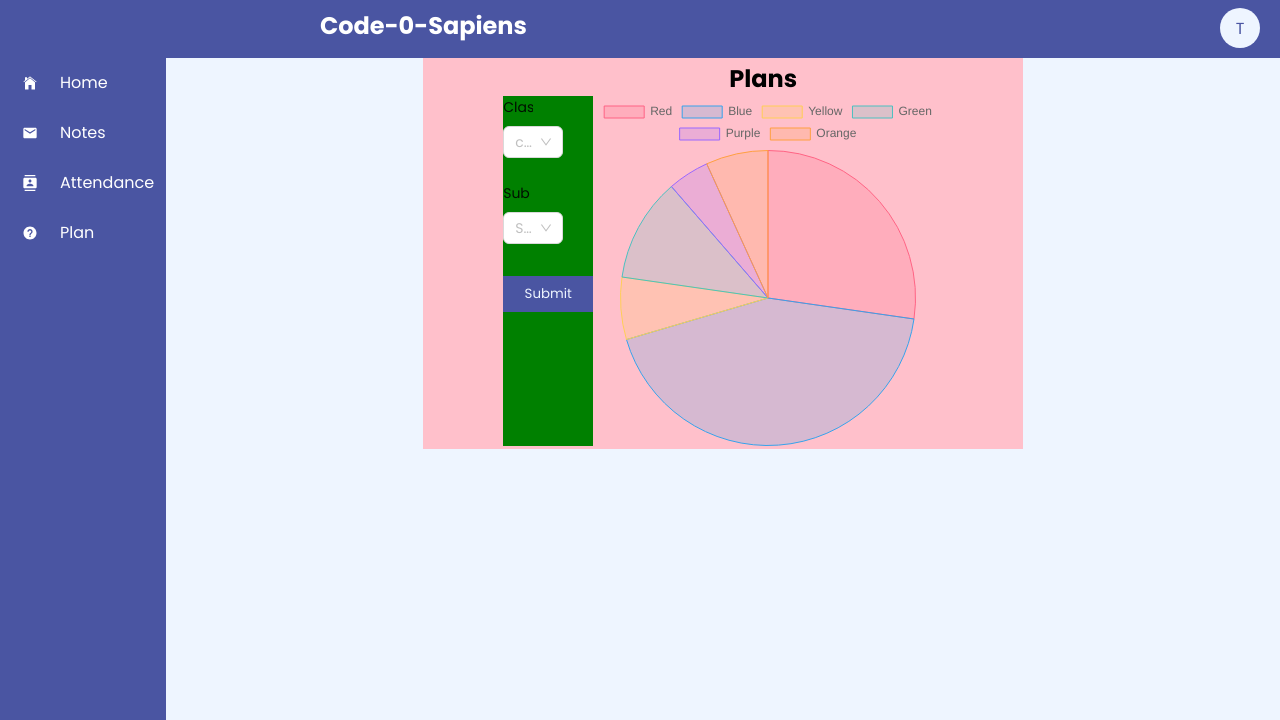
Repository: sinchana-P/code-0-sapiens
Page: /plans (app in client/)
An editor plug-in stored every save of this project. The page is shown before and after a run of saves, followed by the edit.
The browser window is 1280 px wide. The pictures show the whole page.
The project was rebuilt for these pictures with package versions that can differ from the ones it lists, and the page was loaded fresh each time. Also part of the build but not shown: client/src/components/auth/login/FormLayoutLogin.jsx, client/src/components/auth/login/Login.jsx, client/src/components/auth/register/FormLayoutRegister.jsx, client/src/components/auth/register/Register.jsx, client/src/components/homeScene/Home.jsx, client/src/components/notes/Notes.jsx, client/src/components/attendance/Attendance.jsx, client/src/components/profile/Profile.jsx and 5 more.

Above is the page before, as saved 2024-03-01 07:39:32.

### client/public/index.html
<!DOCTYPE html>
<html lang="en">
  <head>
    <meta charset="utf-8" />
    <link rel="icon" href="%PUBLIC_URL%/favicon.ico" />
    <meta name="viewport" content="width=device-width, initial-scale=1" />
    <meta name="theme-color" content="#000000" />
    <meta
      name="description"
      content="Web site created using create-react-app"
    />
    <link rel="apple-touch-icon" href="%PUBLIC_URL%/logo192.png" />
    <!--
      manifest.json provides metadata used when your web app is installed on a
      user's mobile device or desktop. See https://developers.google.com/web/fundamentals/web-app-manifest/
    -->
    <link rel="manifest" href="%PUBLIC_URL%/manifest.json" />
    <!--
      Notice the use of %PUBLIC_URL% in the tags above.
      It will be replaced with the URL of the `public` folder during the build.
      Only files inside the `public` folder can be referenced from the HTML.

      Unlike "/favicon.ico" or "favicon.ico", "%PUBLIC_URL%/favicon.ico" will
      work correctly both with client-side routing and a non-root public URL.
      Learn how to configure a non-root public URL by running `npm run build`.
    -->
    <link rel="preconnect" href="https://fonts.googleapis.com">
<link rel="preconnect" href="https://fonts.gstatic.com" crossorigin>
<link href="https://fonts.googleapis.com/css2?family=Poppins:ital,wght@0,100;0,200;0,300;0,400;0,500;0,600;0,700;0,800;0,900;1,100;1,200;1,300;1,400;1,500;1,600;1,700;1,800;1,900&display=swap" rel="stylesheet">
    <title>Code-0-Sapiens</title>
  </head>
  <body>
    <noscript>You need to enable JavaScript to run this app.</noscript>
    <div id="root"></div>
    <!--
      This HTML file is a template.
      If you open it directly in the browser, you will see an empty page.

      You can add webfonts, meta tags, or analytics to this file.
      The build step will place the bundled scripts into the <body> tag.

      To begin the development, run `npm start` or `yarn start`.
      To create a production bundle, use `npm run build` or `yarn build`.
    -->
  </body>
</html>

### client/src/index.js
import React from 'react';
import ReactDOM from 'react-dom/client';
import './index.css';
import App from './App';
import reportWebVitals from './reportWebVitals';
import { BrowserRouter } from 'react-router-dom'
import { apiSlice } from './api/apiSlice';
import {ApiProvider} from '@reduxjs/toolkit/query/react'

const root = ReactDOM.createRoot(document.getElementById('root'));
root.render(
  <BrowserRouter>
    <React.StrictMode>
      <ApiProvider api={apiSlice}>
        <App />
      </ApiProvider>
    </React.StrictMode>
  </BrowserRouter>,
);

// If you want to start measuring performance in your app, pass a function
// to log results (for example: reportWebVitals(console.log))
// or send to an analytics endpoint. Learn more: https://bit.ly/CRA-vitals
reportWebVitals();

### client/src/App.jsx

import './App.css';
import { useState } from 'react';
import { Routes, Route } from 'react-router-dom'
import Login from './components/auth/login/Login'
import Register from './components/auth/register/Register';
import Topbar from './components/global/topbar/Topbar';
import Sidebar from './components/global/sidebar/Sidebar';
import Home from './components/homeScene/Home';
import Notes from './components/notes/Notes';
import Plans from './components/plans/Plans';
import Attendance from './components/attendance/Attendance';
import Profile from './components/profile/Profile';
import StudentSidebar from './components/global/sidebar/StudentSidebar';
import StdHome from './components/stdHome/StdHome';
import StdAttendance from './components/stdAttendance/StdAttendance'
import StdNotes from './components/stdNotes/StdNotes';
import StdDoubts from './components/stdDoubts/StdDoubts';

function App() {
  const [userRole, setUserRole] = useState('Teacher')

  return (
    <div className="App">
      <div className='app-container'>

      <Topbar userRole={userRole}/>

        <div className='main-content'>
          <div className='left-content-container'>

          {
            userRole === 'Teacher' ? (<Sidebar /> ) : (<StudentSidebar /> )
          }

          </div>
          <div className='right-content-container'>
            <Routes>
              <Route path='/login' element={ <Login/> } />
              <Route path='/register' element={ <Register/> } />
              <Route path='/home' element={ <Home/> } />
              <Route path='/notes' element={ <Notes/> } />
              <Route path='/attendance' element={ <Attendance/> } />
              <Route path='/plans' element={ <Plans/> } />
              {/* <Route path='/profile' element={ <Profile/> } /> */}
              <Route path='/student' element={ <StdHome/> } />
              <Route path='/student/attendance' element={ <StdAttendance/> } />
              <Route path='/student/attendance' element={ <StdNotes/> } />
              <Route path='/student/attendance' element={ <StdDoubts/> } />
            </Routes>
          </div>
        </div>
      </div>

    </div>
  );
}

export default App;

### client/src/api/apiSlice.js
import {createApi,fetchBaseQuery} from '@reduxjs/toolkit/query/react'


export const apiSlice = createApi({
       reducerPath:"api",
       baseQuery:fetchBaseQuery({baseUrl:""}),
       tagTypes:['auth', 'student'],
       endpoints:(builder)=>({
        register: builder.mutation({
            query: (data) => ({
                url: '/register',
                method: "POST",
                body: data
            }),
            invalidatesTags:['auth']
        }),
        login: builder.mutation({
            query: (data) => ({
                url: '/login',
                method: "POST",
                body: data
            }),
            invalidatesTags:['auth']
        }),
            //   getTodos:builder.query({
            //          query:()=>'/auth',
            //          transformResponse: (res: Todo[]) =>  {
            //                 // Ensure res is an array before sorting
            //                 console.log(res);

            //                 if (Array.isArray(res)) {
            //                     return res.sort((a, b) => b.id - a.id);
            //                 } else {
            //                     return res;
            //                 }
            //             },

            //          providesTags:['todos']
            //   }),
            //   addTodo:builder.mutation({
            //          query:(todo)=>({
            //                 url:'/todos',
            //                 method:"POST",
            //                 body:todo
            //          }),
            //          invalidatesTags:['todos']
            //   }),
            //   updateTodo:builder.mutation({
            //          query:(todo)=>({
            //                 url:/todos/${todo.id},
            //                 method:'PATCH',
            //                 body:todo
            //          }),
            //          invalidatesTags:['todos']
            //   }),
            //   deleteTodo:builder.mutation({
            //          query:(id)=>({

            //                 url:/todos/${id},
            //                 method:'DELETE',
            //                 body:id
            //          }),
            //          invalidatesTags:['todos']
            //   })

       })
})

export const { useRegisterMutation,useLoginMutation } = apiSlice

### client/src/App.css
@import url('https://fonts.googleapis.com/css2?family=Poppins:ital,wght@0,100;0,200;0,300;0,400;0,500;0,600;0,700;0,800;0,900;1,100;1,200;1,300;1,400;1,500;1,600;1,700;1,800;1,900&display=swap');

* {
  font-family: "Poppins", sans-serif;
}

/* --- */
.full-width-container {
  width: 100%;
  display: flex;
  justify-content: center;
  align-items: center;
}
/* --- */

.right-content-container {
  background-color: #EEF5FF;
  display: flex;
  align-items: start;
  justify-content: center;
}

.app-container {
  display: flex;
  flex-direction: column;
}

.main-content {
  display: flex;
  flex-direction: row;
}

.left-content-container {
  width: 13vw;
}

.right-content-container {
  width: 87vw;

}

### client/src/components/global/topbar/Topbar.jsx
import React, {useState} from 'react'
import './Topbar.css'

const Topbar = ({userRole}) => {
  // const [userRole, setUserRole] = useState('Teacher')

  return (
    <div className='topbar-container'>
        <h2 style={{textAlign: 'left'}} className='logo-text'>Code-0-Sapiens</h2>

        <div className='profile-div'>
          {userRole === 'Teacher' ? 'T' : (userRole === 'Student' ? 'S' : '')}
        </div>
    </div>
  )
}

export default Topbar

### client/src/components/global/sidebar/Sidebar.jsx
import './Sidebar.css'
import { SidebarData } from './SidebarData';
import { Link, NavLink } from 'react-router-dom';


const Sidebar=()=> {
  return (
    <div className='sidebar'>
       <ul className='sidebarList'>
        {
        SidebarData.map((value,key)=>{
            return (
              <NavLink to={value.route} key={key} className='row' >
                <div id='icon'>{value.icon}</div>
                <div id='title'>{value.title}</div>
              </NavLink>
            )
        })
        }
       </ul>
    </div>
  )
}

export default Sidebar

### client/src/components/plans/Plans.jsx
import React, {useState} from 'react';
import { Form, Select, Checkbox } from 'antd';
import './Plans.css'
import { Chart as ChartJS, ArcElement, Tooltip, Legend } from 'chart.js';
import { Pie } from 'react-chartjs-2';


const SidebarData = [
  {
    cls_id: '8',
    sub_id: '1',
    mod_id: 'Module 1',
    chp_id: 'Chapter 1',
    completed: true
  },
  {
    cls_id: '8',
    sub_id: '1',
    mod_id: 'Module 1',
    chp_id: 'Chapter 2',
    completed: false
  },
  {
    cls_id: '8',
    sub_id: '1',
    mod_id: 'Module 1',
    chp_id: 'Chapter 3',
    completed: true
  },
  {
    cls_id: '8',
    sub_id: '1',
    mod_id: 'Module 1',
    chp_id: 'Chapter 4',
    completed: false
  },
  {
    cls_id: '8',
    sub_id: '1',
    mod_id: 'Module 1',
    chp_id: 'Chapter 5',
    completed: true
  },
  {
    cls_id: '8',
    sub_id: '1',
    mod_id: 'Module 2',
    chp_id: 'Chapter 1',
    completed: false
  },
  {
    cls_id: '8',
    sub_id: '1',
    mod_id: 'Module 2',
    chp_id: 'Chapter 2',
    completed: true
  },
  {
    cls_id: '8',
    sub_id: '1',
    mod_id: 'Module 2',
    chp_id: 'Chapter 3',
    completed: true
  },
  {
    cls_id: '8',
    sub_id: '1',
    mod_id: 'Module 2',
    chp_id: 'Chapter 4',
    completed: true
  },
  {
    cls_id: '8',
    sub_id: '1',
    mod_id: 'Module 2',
    chp_id: 'Chapter 5',
    completed: true
  }
];

const CheckboxGroup = Checkbox.Group;
ChartJS.register(ArcElement, Tooltip, Legend);

const Plans = () => {

    const [isSubmit, setIsSubmit] = useState(false)

    const data = {
      labels: ['Red', 'Blue', 'Yellow', 'Green', 'Purple', 'Orange'],
      datasets: [
        {
          label: '# of Votes',
          data: [12, 19, 3, 5, 2, 3],
          backgroundColor: [
            'rgba(255, 99, 132, 0.2)',
            'rgba(54, 162, 235, 0.2)',
            'rgba(255, 206, 86, 0.2)',
            'rgba(75, 192, 192, 0.2)',
            'rgba(153, 102, 255, 0.2)',
            'rgba(255, 159, 64, 0.2)',
          ],
          borderColor: [
            'rgba(255, 99, 132, 1)',
            'rgba(54, 162, 235, 1)',
            'rgba(255, 206, 86, 1)',
            'rgba(75, 192, 192, 1)',
            'rgba(153, 102, 255, 1)',
            'rgba(255, 159, 64, 1)',
          ],
          borderWidth: 1,
        },
      ],
    };

  // Grouping chapters by module
  const groupedChapters = SidebarData.reduce((acc, curr) => {
    const { mod_id, chp_id } = curr;
    if (!acc[mod_id]) {
      acc[mod_id] = [];
    }
    acc[mod_id].push(chp_id);
    console.log('acc');
    console.log(acc);
    return acc;
  }, {});

  const handleSubmit = () => {
    setIsSubmit(true)
  }

  return (
    <div className='plans-main'>
      <h2 className='heading'>Plans</h2>

         <div className='plans-container'>
            <div className='plans-container-left'>
                <Form
                layout="vertical"
                name="basic"
                labelCol={{ span: 8 }}
                wrapperCol={{ span: 16 }}
                style={{ maxWidth: 600 }}
                initialValues={{ remember: true }}
                autoComplete="off"
            >
                <Form.Item label="Class" rules={[{ required: true, message: 'Please select class!' }]}>
                <Select placeholder="class">
                    <Select.Option value="class8">Class 8</Select.Option>
                    <Select.Option value="class9">Class 9</Select.Option>
                    <Select.Option value="class10">Class 10</Select.Option>
                </Select>
                </Form.Item>
                <Form.Item label="Sub" rules={[{ required: true, message: 'Please select class!' }]}>
                <Select placeholder="Subject">
                    <Select.Option value="maths">Maths</Select.Option>
                    <Select.Option value="science">Science</Select.Option>
                    <Select.Option value="social">Social</Select.Option>
                </Select>
                </Form.Item>
                </Form>

                <button onClick={handleSubmit}>Submit</button>

                <div>
                    {isSubmit && (
                        <>
                        {Object.keys(groupedChapters).map((module, index) => (

                          <div key={index} className='module-chapters-checkbox'>
                          <h3>{module}</h3>
                          <CheckboxGroup>
                              {groupedChapters[module].map((chapter, i) => (
                              <Checkbox checked key={i} value={chapter} style={{width: '1200px'}} >
                                  {chapter}
                              </Checkbox>
                              ))}
                          </CheckboxGroup>

                          </div>

                      ))}
                      <button>Update Plan</button>
                        </>
                    )}
                </div>
            </div>

            <div style={{width:'350px', height: '350px'}} className='plans-container-right'>
              <Pie
                data={data}
                width={50}
                height={50}
              />
            </div>
         </div>





    </div>



  );
}

export default Plans;

### client/src/components/auth/login/Login.css
.login-container{
    padding: 1rem 0;
    /* background-color: pink; */
    width: 50vw;

}

h2 {
    text-align: center;
    margin-left: 20rem;
}

### client/src/components/auth/register/Register.css
.register-container{
    padding: 1rem 0;
    /* background-color: pink; */
    width: 50vw;

}

h2 {
    text-align: center;
    margin-left: 20rem;
}

### client/src/components/global/topbar/Topbar.css
.topbar-container {
    background-color: #4A55A2;
    min-width: 95vw;
    height: 4rem;
    display: flex;
    flex-direction: row;
    justify-content: space-between;
}

.profile-div {
    background-color: #EEF5FF;
    color: #4a55a2;
    width: 40px;
    height: 40px;
    border-radius: 50%;
    display: flex;
    justify-content: center;
    align-items: center;
    margin-top: 8px;
    margin-right: 20px;
}

.logo-text {
    color: white;
    /* text-align: center; */
    margin-top: 0.5rem;
}

### client/src/components/global/sidebar/Sidebar.css
*{
    margin: 0;
    padding: 0;
  }
  .App{
    width: 100vw;
    height: 100vh;
    display: flex;
  }

  .sidebar{
    height: 92vh;
    width: 200px;
    background-color: #4A55A2;
  }

  .sidebarList{
    height: auto;
    width: 100%;
    padding: 0;
  }

  .sidebarList .row{
    width: 100%;
    height: 50px;
    list-style-type: none;
    margin: 0;
    display: flex;
    flex-direction: row;
    color: white;
    justify-content: center;
    align-items: center;
    text-decoration: none;
  }

  .sidebarList .row:hover{
    cursor: pointer;
    background-color: #EEF5FF;
    color: black;

  }

  .row #icon{
    flex: 30%;
    display: grid;
    place-items: center;
  }

  .row #title{
    flex: 70%;
  }

  .row .active {
    background-color: #EEF5FF;
    color: black;
  }

### client/src/components/global/sidebar/SidebarData.js
import { IoIosHome,IoMdHelpCircle } from "react-icons/io";
import { MdEmail,MdContacts } from "react-icons/md";
import { FaRegCalendarCheck } from "react-icons/fa";


export const SidebarData=[
       {
              title:"Home",
              icon:<IoIosHome />,
              route:"/"
       },
       {
              title:"Notes",
              icon:<MdEmail />,
              route:"/notes"
       },
       {
              title:"Attendance",
              icon:<MdContacts />,
              route:"/attendance"
       },
       {
              title:"Plan",
              icon:<IoMdHelpCircle />,
              route:"/plans"
       },
       // {
       //        title:"Profile",
       //        icon:<FaRegCalendarCheck />,
       //        route:"/profile"
       // },
]

### client/src/components/notes/Notes.css
.notes-main {
    width: 87vw;
}

.heading {
    margin-left: 28rem;
}

.notes-container{
    margin: 1rem 18rem;
}

.notes-form-container {
    padding: 1rem 0;
}

.notes-upload-main {
    display: flex;
    flex-direction: row;
}


.notes-upload-container {
    display: flex;
    flex-direction: column;
}

.notes-pdf, .notes-link {
    display: flex;
    flex-direction: row;
    padding: 0.5rem 0;
}

.notes-upload-container {
    padding: 0rem 1rem;
}

p{
    font-weight: bold;
}

### client/src/components/plans/Plans.css
.plans-main{
    /* width: 90vw; */
    padding: 0.2rem 5rem;
    background-color: pink;
    /* max-height: 90vh; */

}

.module-chapters-checkbox {
    display: flex;
    flex-direction: column;
    justify-content: start;
}

.heading {
    margin-left: 5rem;
}

.plans-container {
    display: flex;
    flex-direction: row;
    /* justify-content: space-evenly; */

}

.plans-container-left {
    display: flex;
    flex-direction: column;
    width: 90px;
    background-color: green;
}

### client/src/components/attendance/Attendance.css
.attendance-main {
    /* background-color: pink; */
    width: 80vw;
}

.attendance-class {
    /* background-color: pink; */
}

.attendance-class-inputs-container {
    display: flex;
    flex-direction: row;
    min-width: 80vw;
}

.attendance-class-each {
    width: 15rem;
    margin: 2rem;
}

button {
    background-color: #4a55a2;
    color: #EEF5FF;
    border: none;
    padding: 0.5rem 1rem;
    margin: 0.5rem 0;
}

button:hover {
    background-color: #b9cae3;
    color: #4a55a2;
    cursor: pointer;
}

### client/src/components/global/sidebar/StudentSidebarData.js
import { IoIosHome,IoMdHelpCircle } from "react-icons/io";
import { MdEmail,MdContacts } from "react-icons/md";
import { FaRegCalendarCheck } from "react-icons/fa";


export const StudentSidebarData=[
       {
              title:"Home",
              icon:<IoIosHome />,
              route:"/student"
       },
       {
              title:"Attendance",
              icon:<MdEmail />,
              route:"/student/attendance"
       },
       {
              title:"Notes",
              icon:<MdContacts />,
              route:"/student/notes"
       },
       {
              title:"Doubts",
              icon:<IoMdHelpCircle />,
              route:"/student/doubts"
       },
       // {
       //        title:"Profile",
       //        icon:<FaRegCalendarCheck />,
       //        route:"/profile"
       // },
]

### client/src/components/stdAttendance/StdAttendance.css
.attendance-main {
    /* background-color: pink; */
    width: 87vw;
    padding: 1rem 20rem;
}

.attendance-class {
    /* background-color: pink; */
}

.attendance-class-inputs-container {
    display: flex;
    flex-direction: row;
    min-width: 80vw;
}

.attendance-class-each {
    width: 15rem;
    margin: 2rem;
}

button {
    background-color: #4a55a2;
    color: #EEF5FF;
    border: none;
    padding: 0.5rem 1rem;
    margin: 0.5rem 0;
}

button:hover {
    background-color: #b9cae3;
    color: #4a55a2;
    cursor: pointer;
}

.header {
    margin: 1rem 5rem;
}

Loaded but not shown: client/src/index.css (common file); client/src/reportWebVitals.js (common file)

After the next 3 saves:
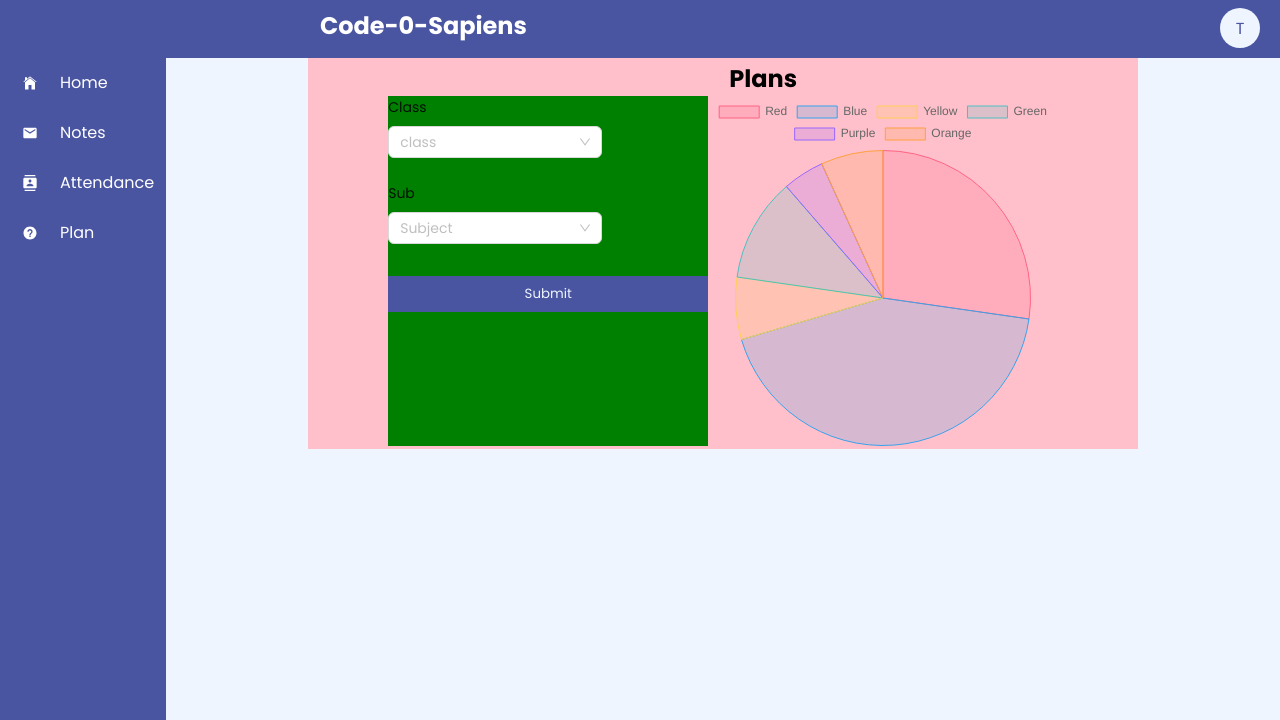
The 3 saves are shown as one change because they came seconds apart.
The last was saved 16 s later.
--- a/client/src/components/plans/Plans.css
+++ b/client/src/components/plans/Plans.css
@@ -26,6 +26,6 @@
 .plans-container-left {
     display: flex;
     flex-direction: column;
-    width: 90px;
+    width: 20rem;
     background-color: green;
 }
